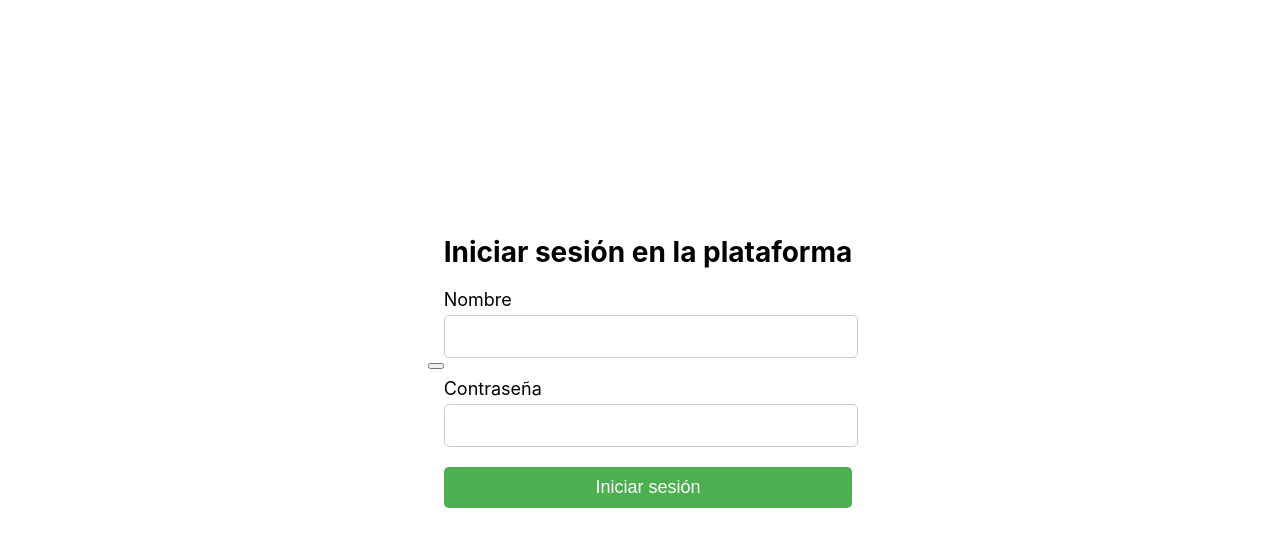
Repository: n0soyHacker/school-administration-app
Page: /
An editor plug-in stored every save of this project. The page is shown before and after the next save, followed by the edit.
The browser window is 1280 px wide. The pictures show the whole page.
The project was rebuilt for these pictures with package versions that can differ from the ones it lists, and the page was loaded fresh each time.

Above is the page before, as saved 2023-02-18 19:53:54.

### src/App.js
import React, { useState } from 'react';
import './styleForm.css';

function App() {
  const [darkMode, setDarkMode] = useState(false);

  const handleModeChange = () => {
    setDarkMode(!darkMode);
  };

  const containerClasses = `container ${darkMode ? 'dark-mode' : 'light-mode'}`;

  return (
    <div className="App">
      <div className="header">
        <button className="mode-toggle" onClick={handleModeChange}>
          {darkMode ? <i className="fas fa-sun"></i> : <i className="fas fa-moon"></i>}
        </button>
      </div>
      <div className={containerClasses}>
        <form>
          <h2>Iniciar sesión en la plataforma</h2>
          <div className="form-group">
            <label htmlFor="username">Nombre</label>
            <input type="text" id="username" name='username' required />
          </div>
          <div className="form-group">
            <label htmlFor="password">Contraseña</label>
            <input type="password" id="password" name="password" required />
          </div>
          <button type='submit'>Iniciar sesión</button>
        </form>
      </div>
    </div>
  );
}

export default App;

### src/styleForm.css
.App {
  height: 100vh;
  display: flex;
  justify-content: center;
  align-items: center;
}

.form-container {
  max-width: 500px;
  margin: 0 auto;
  background-color: #fff;
  padding: 20px;
  border-radius: 10px;
  box-shadow: 0 0 10px rgba(0, 0, 0, 0.2);
}

h2 {
  text-align: center;
  font-size: 28px;
  margin-bottom: 20px;
}

.form-group {
  margin-bottom: 20px;
  padding-right: 1em;
}

label {
  display: block;
  margin-bottom: 5px;
  font-size: 18px;
}

input {
  width: 100%;
  padding: 10px;
  font-size: 18px;
  border-radius: 5px;
  border: 1px solid #ccc;
}

button[type="submit"] {
  display: block;
  width: 100%;
  padding: 10px;
  background-color: #4CAF50;
  color: #fff;
  font-size: 18px;
  border: none;
  border-radius: 5px;
  cursor: pointer;
  transition: background-color 0.2s;
}

button[type="submit"]:hover {
  background-color: #3e8e41;
}

Loaded but not shown: public/index.html (common file); src/index.js (common file); src/index.css (common file); src/reportWebVitals.js (common file)

After the next save:
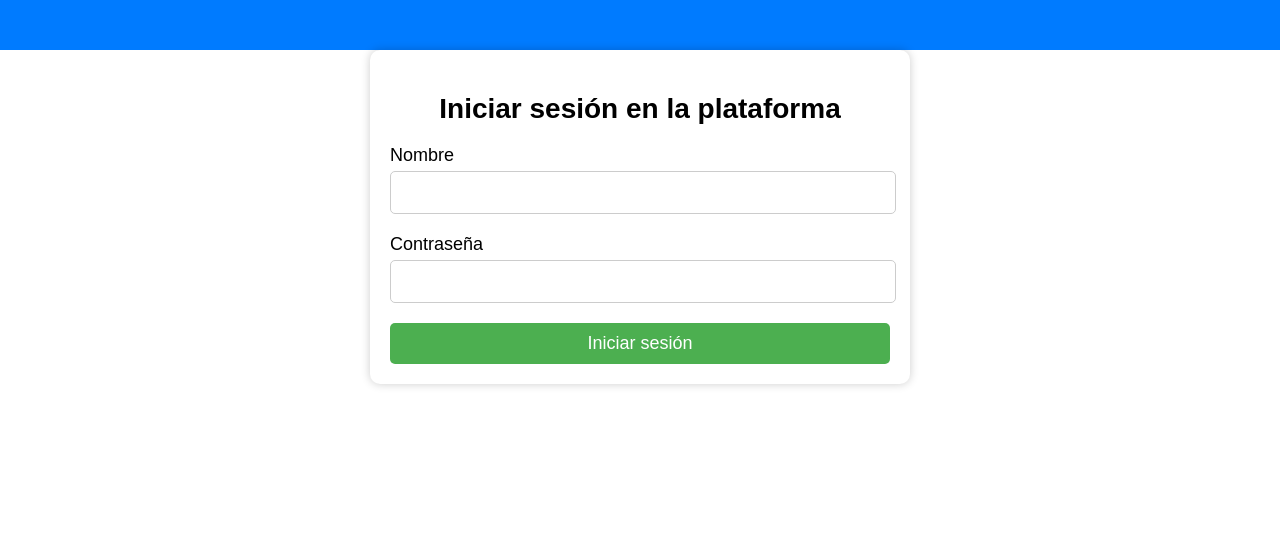
Saved 12 s later.
--- a/src/styleForm.css
+++ b/src/styleForm.css
@@ -1,17 +1,48 @@
-.App {
-  height: 100vh;
+body {
+  font-family: sans-serif;
+  background-color: var(--bg-color);
+  color: var(--text-color);
+  transition: background-color 0.2s, color 0.2s;
+}
+
+.header {
+  display: flex;
+  justify-content: flex-end;
+  align-items: center;
+  height: 50px;
+  background-color: #007bff;
+}
+
+.mode-toggle {
   display: flex;
   justify-content: center;
   align-items: center;
+  width: 50px;
+  height: 50px;
+  border: none;
+  background-color: transparent;
+  color: #fff;
+  font-size: 24px;
+  cursor: pointer;
 }
 
-.form-container {
+.container {
   max-width: 500px;
   margin: 0 auto;
   background-color: #fff;
   padding: 20px;
   border-radius: 10px;
   box-shadow: 0 0 10px rgba(0, 0, 0, 0.2);
+}
+
+.container.dark-mode {
+  --bg-color: #1f1f1f;
+  --text-color: #fff;
+}
+
+.container.light-mode {
+  --bg-color: #f1f1f1;
+  --text-color: #000;
 }
 
 h2 {
@@ -49,9 +80,4 @@ button[type="submit"] {
   border: none;
   border-radius: 5px;
   cursor: pointer;
-  transition: background-color 0.2s;
-}
-
-button[type="submit"]:hover {
-  background-color: #3e8e41;
-}
+  transition: background-color 0.
